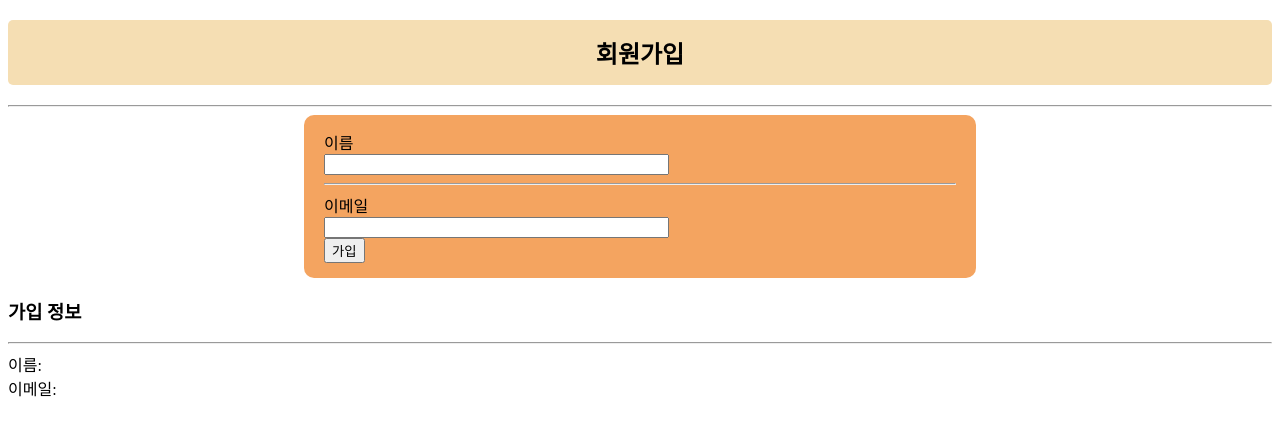
Repository: changhui98/JspBoard
Page: jspProject/src/main/webapp/ch03/regform.html
These files come from the project's save history. The page is drawn as it stood at one moment and after the next save; the edit follows.
The browser window is 1280 px wide. The pictures show the whole page.

Above is the page before, as saved 2024-01-22 16:50:42.
Console error: TypeError: Cannot read properties of null (reading 'style')

### jspProject/src/main/webapp/ch03/regform.html
<!DOCTYPE html>
<html>
<head>
<meta charset="UTF-8">
<title>Insert title here</title>
<style>
	h2{
		border-radius: 5px;
		background-color: wheat;
		text-align: center;
		padding: 15px 0;
	}

	#regform{
		padding:15px 20px;
		border-radius: 10px;
		margin: auto;
		width: 50%;
		background-color: sandybrown;
	}

</style>
<script>
	function signUp(){
		alert("정말로 가입하시겠습니까?");
		document.getElementById("regform").style.display = "none";
		document.getElementById("rname").innerHTML = document.form1.name.value;
		document.getElementById("remail".innerHTML) = document.form1.email.value;
		document.getElementById("result").setAttribute("style","display:block; background-color:KhaKi;");
	}
</script>
</head>
<body>
	<h2>회원가입</h2>
	<hr>
	<div id="regform">
		<form name="form1">
			<label>이름</label><br>
			<input type="text" name="name" size="40"><br>
			<hr>
			<label>이메일</label><br>
			<input type="email" name="email" size="40"><br>
			<button type="button" onClick="signUp()">가입</button>
		</form>
	</div>
	<div id="result" class="result">
		<h3>가입 정보</h3>
		<hr>
		이름: <span id="rname"></span><br>
		이메일: <span id="remail"></span><br>
	</div>
	<script>
		document.getElementById("reslut").style.display ="none";
	</script>
</body>
</html>

After the next save:
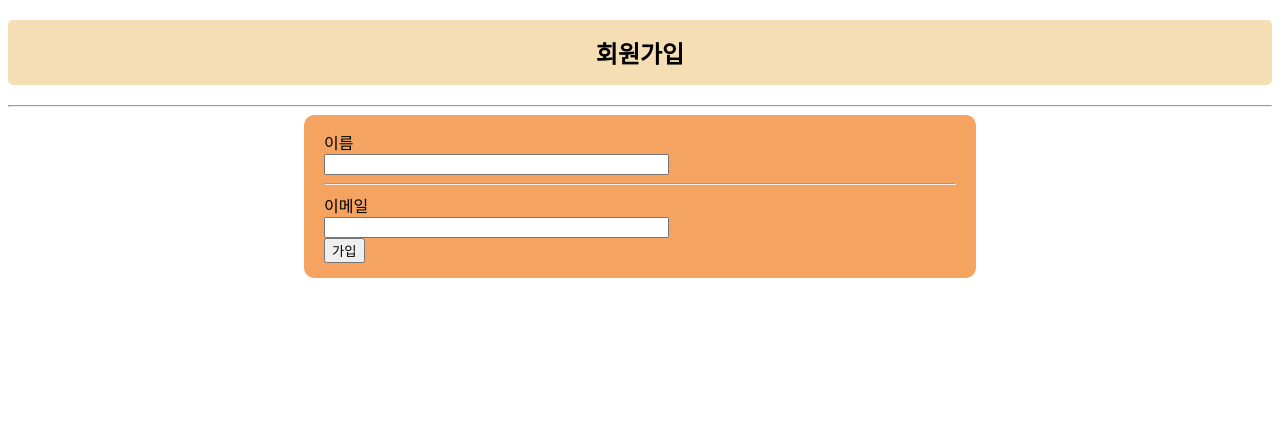
The error is gone.
Saved 17 s later.
--- a/jspProject/src/main/webapp/ch03/regform.html
+++ b/jspProject/src/main/webapp/ch03/regform.html
@@ -50,7 +50,7 @@
 		이메일: <span id="remail"></span><br>
 	</div>
 	<script>
-		document.getElementById("reslut").style.display ="none";
+		document.getElementById("result").style.display ="none";
 	</script>
 </body>
 </html>
